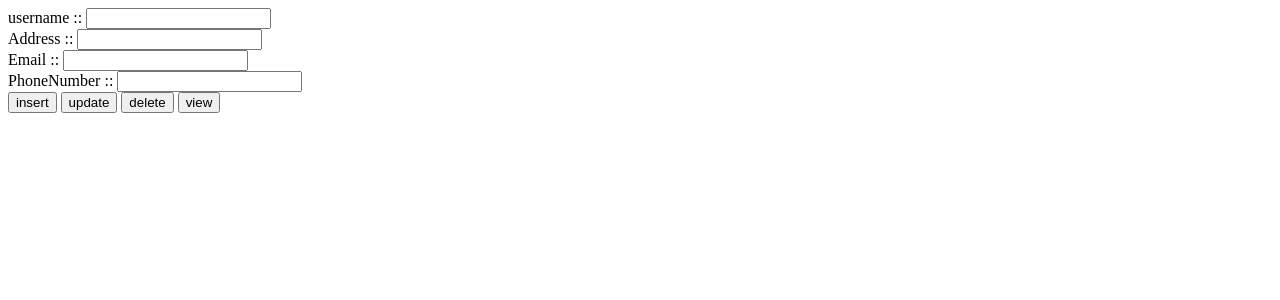
Repository: kingrk123/Spring
Page: http://localhost/MVCProj16-MultiActionController1/
These files come from the project's save history. The page is drawn as it stood at one moment and after the next save; the edit follows.
The browser window is 1280 px wide. The pictures show the whole page.
The page is served by Tomcat 9. Other server files are loaded and not shown.

Above is the page before, as saved 2020-01-01 13:42:33.

### Natraj/NTSP611-Ext1/MVCProj16-MultiActionController1/WebContent/index.jsp
<%@ page language="java" contentType="text/html; charset=ISO-8859-1"
    pageEncoding="ISO-8859-1" isELIgnored="false"%>

    <jsp:forward page="welcome.htm"/>

### Natraj/NTSP611-Ext1/MVCProj16-MultiActionController1/WebContent/WEB-INF/pages/user_form.jsp
<%@ page language="java" contentType="text/html; charset=ISO-8859-1"
    pageEncoding="ISO-8859-1" isELIgnored="false"%>

 <form action="operations.htm" method="POST">
   username ::  <input type="text" name="name"> <br>
   Address :: <input type="text" name="addrs"> <br>
   Email :: <input type="text" name="email"> <br>
   PhoneNumber :: <input type="text" name="phone"> <br>

   <input type="submit" name="s1" value="insert">
   <input type="submit" name="s1" value="update">
   <input type="submit" name="s1" value="delete">
   <input type="submit" name="s1" value="view">
 </form>

After the next save:
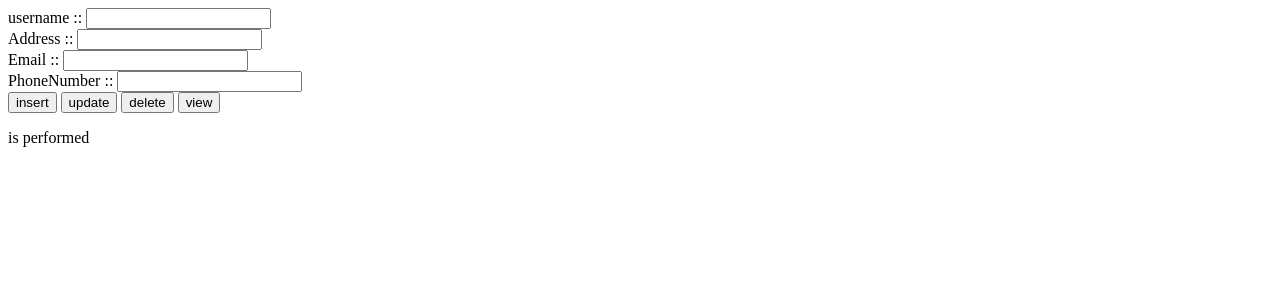
Saved 43 s later.
--- a/Natraj/NTSP611-Ext1/MVCProj16-MultiActionController1/WebContent/WEB-INF/pages/user_form.jsp
+++ b/Natraj/NTSP611-Ext1/MVCProj16-MultiActionController1/WebContent/WEB-INF/pages/user_form.jsp
@@ -12,3 +12,5 @@
    <input type="submit" name="s1" value="delete">
    <input type="submit" name="s1" value="view">
  </form>
+
+    ${result} is performed
